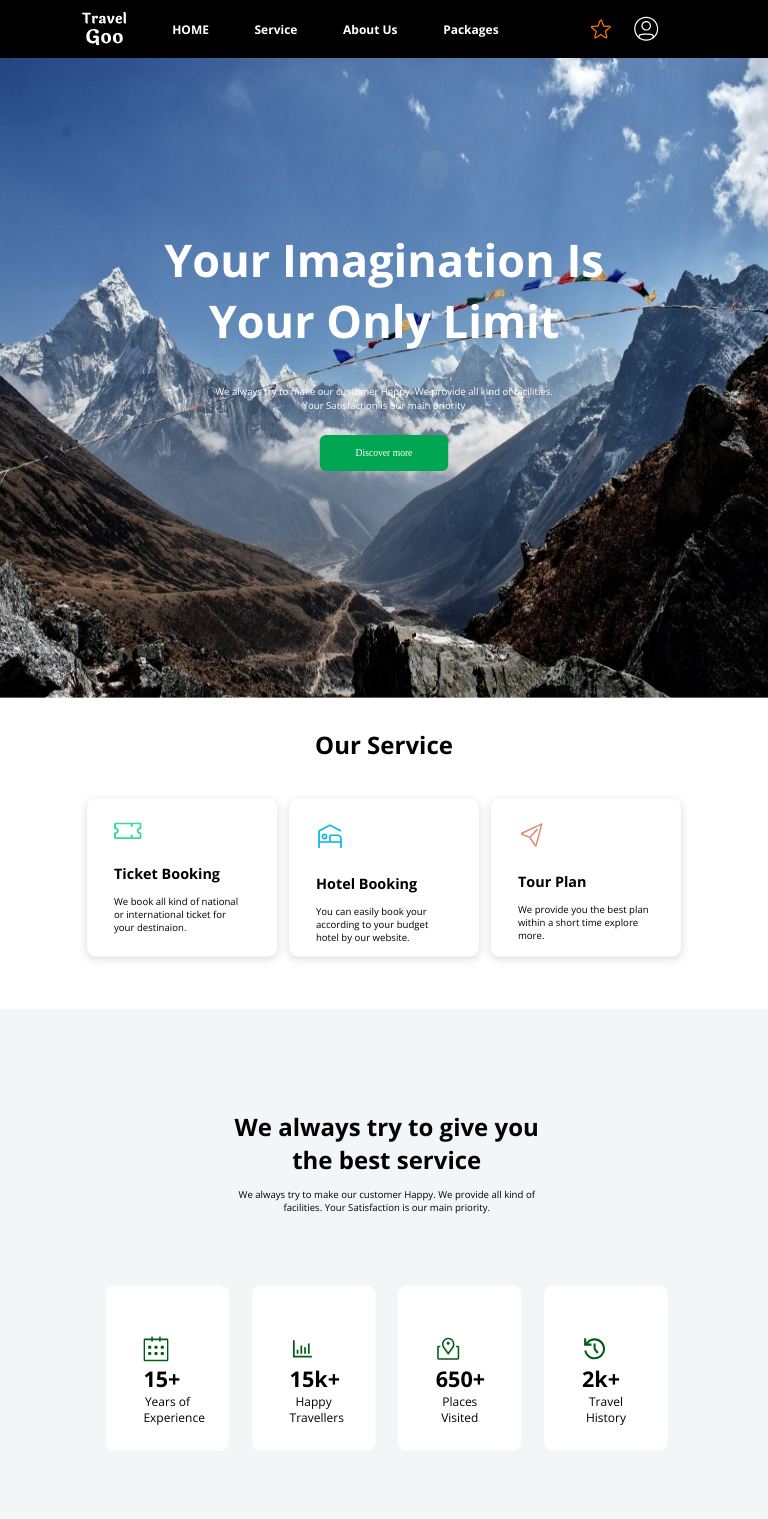
Repository: kubrazamanova/Background-Image
Page: index.html
An editor plug-in stored every save of this project. The page is shown before and after the next save, followed by the edit.
The browser window is 1280 px wide. The pictures show the whole page, at 60% of full size.

Above is the page before, as saved 2023-10-17 19:06:02.

### index.html
<!DOCTYPE html>
<html lang="en">
  <head>
    <meta charset="UTF-8" />
    <meta name="viewport" content="width=device-width, initial-scale=1.0" />
    <link rel="stylesheet" href="index.css" />
    <title>Document</title>
  </head>
  <body>
    <div class="container">
      <div class="home-page">
        <nav>
          <img src="./image/Travel Goo.svg" alt="" />
          <ul>
            <li>
              <a href="#">HOME</a>
            </li>
            <li>
              <a href="#service-page">Service</a>
            </li>
            <li>
              <a href="#">About Us</a>
            </li>

            <li>
              <a href="#">Packages</a>
            </li>
          </ul>
          <div class="photo1">
            <img src="./image/star.svg" alt="" />
            <img src="./image/user.svg" alt="" />
          </div>
        </nav>

        <main>
          <h1>Your Imagination Is Your Only Limit</h1>
          <p>
            We always try to make our customer Happy. We provide all kind of
            facilities. Your Satisfaction is our main priority
          </p>
          <a href="#">Discover more</a>
        </main>
      </div>
      <div id="service-page">
        <div class="our-service-page">
          <h1>Our Service</h1>

          <ul>
            <li>
              <svg
                xmlns="http://www.w3.org/2000/svg"
                width="46"
                height="28"
                viewBox="0 0 46 28"
                fill="none"
              >
                <path
                  d="M44.3571 10.9036C44.7929 10.9036 45.2107 10.76 45.5188 10.5044C45.8269 10.2488 46 9.90215 46 9.54067V2.72591C46 2.00295 45.6538 1.30961 45.0376 0.7984C44.4214 0.287193 43.5857 0 42.7143 0H3.28571C2.41429 0 1.57855 0.287193 0.962363 0.7984C0.346172 1.30961 0 2.00295 0 2.72591V9.54067C0 9.90215 0.173086 10.2488 0.481182 10.5044C0.789277 10.76 1.20714 10.9036 1.64286 10.9036C2.51428 10.9036 3.35002 11.1908 3.96621 11.702C4.5824 12.2132 4.92857 12.9066 4.92857 13.6295C4.92857 14.3525 4.5824 15.0458 3.96621 15.557C3.35002 16.0682 2.51428 16.3554 1.64286 16.3554C1.20714 16.3554 0.789277 16.499 0.481182 16.7546C0.173086 17.0102 0 17.3569 0 17.7184V24.5332C0 25.2561 0.346172 25.9495 0.962363 26.4607C1.57855 26.9719 2.41429 27.2591 3.28571 27.2591H42.7143C43.5857 27.2591 44.4214 26.9719 45.0376 26.4607C45.6538 25.9495 46 25.2561 46 24.5332V17.7184C46 17.3569 45.8269 17.0102 45.5188 16.7546C45.2107 16.499 44.7929 16.3554 44.3571 16.3554C43.4857 16.3554 42.65 16.0682 42.0338 15.557C41.4176 15.0458 41.0714 14.3525 41.0714 13.6295C41.0714 12.9066 41.4176 12.2132 42.0338 11.702C42.65 11.1908 43.4857 10.9036 44.3571 10.9036ZM42.7143 18.9042V24.5332H31.2143V20.4443H27.9286V24.5332H3.28571V18.9042C4.69199 18.5992 5.93673 17.9161 6.82512 16.9617C7.71351 16.0073 8.19542 14.8354 8.19542 13.6295C8.19542 12.4237 7.71351 11.2518 6.82512 10.2974C5.93673 9.34297 4.69199 8.65984 3.28571 8.3549V2.72591H27.9286V6.81477H31.2143V2.72591H42.7143V8.3549C41.308 8.65984 40.0633 9.34297 39.1749 10.2974C38.2865 11.2518 37.8046 12.4237 37.8046 13.6295C37.8046 14.8354 38.2865 16.0073 39.1749 16.9617C40.0633 17.9161 41.308 18.5992 42.7143 18.9042Z"
                  fill="#32DF8F"
                />
              </svg>
              <b>Ticket Booking</b>
              <p>
                We book all kind of national or international ticket for your
                destinaion.
              </p>
            </li>

            <li>
              <svg
                xmlns="http://www.w3.org/2000/svg"
                width="45"
                height="45"
                viewBox="0 0 45 45"
                fill="none"
              >
                <path
                  d="M13.3594 21.0938C13.7766 21.0938 14.1844 21.2175 14.5313 21.4492C14.8782 21.681 15.1485 22.0105 15.3082 22.3959C15.4678 22.7813 15.5096 23.2055 15.4282 23.6146C15.3468 24.0238 15.1459 24.3997 14.8509 24.6947C14.5559 24.9897 14.1801 25.1906 13.7709 25.272C13.3617 25.3534 12.9376 25.3116 12.5522 25.1519C12.1667 24.9923 11.8373 24.7219 11.6055 24.375C11.3737 24.0281 11.25 23.6203 11.25 23.2031C11.25 22.6437 11.4722 22.1072 11.8678 21.7116C12.2634 21.316 12.7999 21.0938 13.3594 21.0938ZM13.3594 18.2812C12.3859 18.2813 11.4343 18.5699 10.6249 19.1107C9.81553 19.6516 9.18468 20.4203 8.81216 21.3196C8.43963 22.219 8.34216 23.2086 8.53207 24.1633C8.72199 25.1181 9.19075 25.9951 9.87909 26.6834C10.5674 27.3718 11.4444 27.8405 12.3992 28.0304C13.3539 28.2203 14.3435 28.1229 15.2429 27.7503C16.1423 27.3778 16.9109 26.747 17.4518 25.9376C17.9926 25.1282 18.2813 24.1766 18.2813 23.2031C18.2813 21.8978 17.7627 20.6459 16.8397 19.7228C15.9166 18.7998 14.6647 18.2812 13.3594 18.2812Z"
                  fill="#00B8E0"
                />
                <path
                  d="M35.1562 19.6875H23.9062C23.1603 19.6875 22.445 19.9838 21.9175 20.5112C21.3901 21.0387 21.0938 21.7541 21.0938 22.5V30.9375H5.625V14.9062L22.5 5.82185L40.1203 15.3L41.4422 12.825L23.1609 2.98122C22.9575 2.87289 22.7305 2.81622 22.5 2.81622C22.2695 2.81622 22.0425 2.87289 21.8391 2.98122L3.55781 12.825C3.33326 12.9445 3.14536 13.1228 3.01411 13.3407C2.88285 13.5586 2.81318 13.8081 2.8125 14.0625V42.1875H5.625V33.75H39.375V42.1875H42.1875V26.7187C42.1875 24.8539 41.4467 23.0655 40.1281 21.7469C38.8095 20.4283 37.0211 19.6875 35.1562 19.6875ZM23.9062 30.9375V22.5H35.1562C36.2751 22.5 37.3482 22.9444 38.1394 23.7356C38.9305 24.5268 39.375 25.5998 39.375 26.7187V30.9375H23.9062Z"
                  fill="#00B8E0"
                />
              </svg>
              <b>Hotel Booking</b>
              <p>
                You can easily book your according to your budget hotel by our
                website.
              </p>
            </li>

            <li>
              <svg
                xmlns="http://www.w3.org/2000/svg"
                width="41"
                height="41"
                viewBox="0 0 41 41"
                fill="none"
              >
                <path
                  d="M37.9926 1.59009C37.7551 1.39292 37.4665 1.26731 37.1604 1.22788C36.8543 1.18845 36.5432 1.23683 36.2635 1.36739L2.7016 17.1207V20.1689L16.7983 25.8076L25.8404 39.7187H28.8893L38.5227 3.25115C38.6008 2.9525 38.5925 2.6378 38.4986 2.34372C38.4047 2.04964 38.2293 1.78828 37.9926 1.59009ZM27.0069 36.8113L19.2348 24.8538L31.1947 11.7545L29.3024 10.0267L17.2488 23.2282L5.62605 18.5791L35.5307 4.54201L27.0069 36.8113Z"
                  fill="#E48B78"
                />
              </svg>
              <b>Tour Plan</b>
              <p>
                We provide you the best plan within a short time explore more.
              </p>
            </li>
          </ul>
        </div>
        <div class="best-service">
          <h1>We always try to give you the best service</h1>
          <p class="p-1">
            We always try to make our customer Happy. We provide all kind of
            facilities. Your Satisfaction is our main priority.
          </p>

          <ul>
            <li>
              <svg
                xmlns="http://www.w3.org/2000/svg"
                width="42"
                height="42"
                viewBox="0 0 42 42"
                fill="none"
              >
                <g clip-path="url(#clip0_10_30)">
                  <path
                    d="M39.375 3.93291L28.8658 3.93295V1.31714C28.8658 0.591982 28.2785 0.00463867 27.5533 0.00463867C26.8282 0.00463867 26.2408 0.591982 26.2408 1.31714V3.93229H15.7408V1.31714C15.7408 0.591982 15.1535 0.00463867 14.4283 0.00463867C13.7032 0.00463867 13.1158 0.591982 13.1158 1.31714V3.93229H2.625C1.17534 3.93229 0 5.10764 0 6.55729V39.3698C0 40.8194 1.17534 41.9948 2.625 41.9948H39.375C40.8247 41.9948 42 40.8194 42 39.3698V6.55729C42 5.10825 40.8247 3.93291 39.375 3.93291ZM39.375 39.3698H2.625V6.55729H13.1158V7.87964C13.1158 8.60475 13.7032 9.19214 14.4283 9.19214C15.1535 9.19214 15.7408 8.60475 15.7408 7.87964V6.55795H26.2408V7.88029C26.2408 8.60545 26.8282 9.19279 27.5533 9.19279C28.2785 9.19279 28.8658 8.60545 28.8658 7.88029V6.55795H39.375V39.3698ZM30.1875 20.9954H32.8125C33.537 20.9954 34.125 20.4074 34.125 19.6829V17.0579C34.125 16.3334 33.537 15.7454 32.8125 15.7454H30.1875C29.463 15.7454 28.875 16.3334 28.875 17.0579V19.6829C28.875 20.4074 29.463 20.9954 30.1875 20.9954ZM30.1875 31.4948H32.8125C33.537 31.4948 34.125 30.9074 34.125 30.1823V27.5573C34.125 26.8328 33.537 26.2448 32.8125 26.2448H30.1875C29.463 26.2448 28.875 26.8328 28.875 27.5573V30.1823C28.875 30.9081 29.463 31.4948 30.1875 31.4948ZM22.3125 26.2448H19.6875C18.963 26.2448 18.375 26.8328 18.375 27.5573V30.1823C18.375 30.9074 18.963 31.4948 19.6875 31.4948H22.3125C23.037 31.4948 23.625 30.9074 23.625 30.1823V27.5573C23.625 26.8334 23.037 26.2448 22.3125 26.2448ZM22.3125 15.7454H19.6875C18.963 15.7454 18.375 16.3334 18.375 17.0579V19.6829C18.375 20.4074 18.963 20.9954 19.6875 20.9954H22.3125C23.037 20.9954 23.625 20.4074 23.625 19.6829V17.0579C23.625 16.3328 23.037 15.7454 22.3125 15.7454ZM11.8125 15.7454H9.1875C8.463 15.7454 7.875 16.3334 7.875 17.0579V19.6829C7.875 20.4074 8.463 20.9954 9.1875 20.9954H11.8125C12.537 20.9954 13.125 20.4074 13.125 19.6829V17.0579C13.125 16.3328 12.537 15.7454 11.8125 15.7454ZM11.8125 26.2448H9.1875C8.463 26.2448 7.875 26.8328 7.875 27.5573V30.1823C7.875 30.9074 8.463 31.4948 9.1875 31.4948H11.8125C12.537 31.4948 13.125 30.9074 13.125 30.1823V27.5573C13.125 26.8334 12.537 26.2448 11.8125 26.2448Z"
                    fill="#005F15"
                  />
                </g>
                <defs>
                  <clipPath id="clip0_10_30">
                    <rect width="42" height="42" fill="white" />
                  </clipPath>
                </defs>
              </svg>
              <b>15+</b>
              <p>Years of Experience</p>
            </li>

            <li>
              <svg
                xmlns="http://www.w3.org/2000/svg"
                width="43"
                height="43"
                viewBox="0 0 43 43"
                fill="none"
              >
                <path
                  d="M37.2891 33.2578H8.39844V7.05469C8.39844 6.86992 8.24727 6.71875 8.0625 6.71875H5.71094C5.52617 6.71875 5.375 6.86992 5.375 7.05469V35.9453C5.375 36.1301 5.52617 36.2812 5.71094 36.2812H37.2891C37.4738 36.2812 37.625 36.1301 37.625 35.9453V33.5938C37.625 33.409 37.4738 33.2578 37.2891 33.2578ZM12.0938 29.8984H14.4453C14.6301 29.8984 14.7812 29.7473 14.7812 29.5625V23.5156C14.7812 23.3309 14.6301 23.1797 14.4453 23.1797H12.0938C11.909 23.1797 11.7578 23.3309 11.7578 23.5156V29.5625C11.7578 29.7473 11.909 29.8984 12.0938 29.8984ZM18.4766 29.8984H20.8281C21.0129 29.8984 21.1641 29.7473 21.1641 29.5625V16.125C21.1641 15.9402 21.0129 15.7891 20.8281 15.7891H18.4766C18.2918 15.7891 18.1406 15.9402 18.1406 16.125V29.5625C18.1406 29.7473 18.2918 29.8984 18.4766 29.8984ZM24.8594 29.8984H27.2109C27.3957 29.8984 27.5469 29.7473 27.5469 29.5625V19.4004C27.5469 19.2156 27.3957 19.0645 27.2109 19.0645H24.8594C24.6746 19.0645 24.5234 19.2156 24.5234 19.4004V29.5625C24.5234 29.7473 24.6746 29.8984 24.8594 29.8984ZM31.2422 29.8984H33.5938C33.7785 29.8984 33.9297 29.7473 33.9297 29.5625V12.7656C33.9297 12.5809 33.7785 12.4297 33.5938 12.4297H31.2422C31.0574 12.4297 30.9062 12.5809 30.9062 12.7656V29.5625C30.9062 29.7473 31.0574 29.8984 31.2422 29.8984Z"
                  fill="#005F15"
                />
              </svg>
              <b>15k+</b>
              <p>Happy Travellers</p>
            </li>

            <li>
              <svg
                xmlns="http://www.w3.org/2000/svg"
                width="43"
                height="43"
                viewBox="0 0 43 43"
                fill="none"
              >
                <path
                  d="M21.5 32.25L13.3166 20.6938C11.9771 19.1122 11.1145 17.1827 10.8292 15.1299C10.5439 13.0771 10.8478 10.9855 11.7053 9.09874C12.5628 7.21193 13.9387 5.60758 15.6728 4.47252C17.4068 3.33747 19.4277 2.71843 21.5 2.6875C24.3726 2.71589 27.1168 3.88155 29.1317 5.92918C31.1466 7.97681 32.2679 10.7395 32.25 13.6122C32.2511 16.1182 31.3979 18.5497 29.8312 20.5056L21.5 32.25ZM21.5 5.375C19.339 5.39982 17.2763 6.28119 15.7646 7.8256C14.253 9.37001 13.416 11.4512 13.4375 13.6122C13.4465 15.5846 14.1561 17.4896 15.4397 18.9872L21.5 27.5738L27.7216 18.8125C28.9042 17.3363 29.553 15.5036 29.5625 13.6122C29.584 11.4512 28.747 9.37001 27.2354 7.8256C25.7237 6.28119 23.6609 5.39982 21.5 5.375Z"
                  fill="#005F15"
                />
                <path
                  d="M21.5 14.7812C22.9843 14.7812 24.1875 13.578 24.1875 12.0938C24.1875 10.6095 22.9843 9.40625 21.5 9.40625C20.0157 9.40625 18.8125 10.6095 18.8125 12.0938C18.8125 13.578 20.0157 14.7812 21.5 14.7812Z"
                  fill="#005F15"
                />
                <path
                  d="M37.625 16.125H34.9375V18.8125H37.625V37.625H5.375V18.8125H8.0625V16.125H5.375C4.66223 16.125 3.97865 16.4081 3.47465 16.9122C2.97065 17.4162 2.6875 18.0997 2.6875 18.8125V37.625C2.6875 38.3378 2.97065 39.0213 3.47465 39.5253C3.97865 40.0294 4.66223 40.3125 5.375 40.3125H37.625C38.3378 40.3125 39.0213 40.0294 39.5253 39.5253C40.0294 39.0213 40.3125 38.3378 40.3125 37.625V18.8125C40.3125 18.0997 40.0294 17.4162 39.5253 16.9122C39.0213 16.4081 38.3378 16.125 37.625 16.125Z"
                  fill="#005F15"
                />
              </svg>
              <b>650+</b>
              <p>Places Visited</p>
            </li>

            <li>
              <svg
                xmlns="http://www.w3.org/2000/svg"
                width="35"
                height="35"
                viewBox="0 0 35 35"
                fill="none"
              >
                <path
                  d="M3.09169 19.7254C4.17377 26.6977 10.2404 32.0775 17.5015 32.0775C25.5209 32.0775 32.0819 25.5164 32.0819 17.497C32.0819 9.47767 25.5223 2.91663 17.5029 2.91663C12.6934 2.91663 8.46127 5.25142 5.83335 8.74996V2.91808L2.92106 2.91663L2.91669 13.125H13.125V10.2083L8.45981 10.2068C10.5 7.58475 13.8571 5.83329 17.5029 5.83329C23.9167 5.83329 29.1667 11.0833 29.1667 17.497C29.1667 23.9108 23.9167 29.1622 17.5015 29.1622C11.8461 29.1622 7.10065 25.0877 6.05502 19.7254H3.09169Z"
                  fill="#005F15"
                />
                <path
                  d="M16.0446 10.2069V17.939L20.7127 24.2054L23.046 22.4598L18.9612 17.0625V10.2069H16.0446Z"
                  fill="#005F15"
                />
              </svg>
              <b>2k+</b>
              <p>Travel History</p>
            </li>
          </ul>
        </div>
      </div>
    </div>
  </body>
</html>

### index.css
@import url("https://fonts.googleapis.com/css2?family=Open+Sans:wght@400;700&display=swap");
* {
  margin: 0;
  padding: 0;
  box-sizing: border-box;
}

.home-page {
  min-height: 100vh;
  background-image: url("./image/mount-everest-1313x875.jpg");
  background-repeat: no-repeat;
  background-size: 100% 100%;
}

.home-page nav {
  width: 100%;
  padding: 20px 145px 20px 136px;
  background-color: black;
  display: flex;
  justify-content: space-between;
  position: fixed;
}

.home-page ul {
  display: flex;
  align-items: center;
}

.home-page ul li a {
  margin-right: 76px;
  list-style-type: none;
  text-decoration: none;
  color: #fff;
  font-family: Open Sans;
  font-size: 20px;
  font-style: normal;
  font-weight: 600;
  line-height: normal;
}
.home-page .photo1 {
  display: flex;
  align-items: center;
}

.home-page .photo1 img {
  margin-right: 34px;
}

main {
  padding: 381px 475px 378px 475px;
  display: flex;
  flex-direction: column;
  justify-content: center;
  align-items: center;
}

.home-page h1 {
  width: 779px;
  color: #fff;
  text-align: center;
  font-family: Open Sans;
  font-size: 75px;
  font-style: normal;
  font-weight: 800;
  line-height: normal;
}

.home-page p {
  width: 568px;
  margin-top: 57px;
  color: #fff;
  text-align: center;
  font-family: Open Sans;
  font-size: 16px;
  font-style: normal;
  font-weight: 400;
  line-height: normal;
}

.home-page main a {
  display: block;
  margin-top: 39px;
  width: 214px;
  height: 60px;
  border-radius: 10px;
  background: #00a651;
  text-decoration: none;
  color: white;
  display: flex;
  justify-content: center;
  align-items: center;
}

.our-service-page {
  padding: 50px 145px 88px 145px;
  background-color: #fff;
}

.our-service-page h1 {
  color: #000;
  text-align: center;
  font-family: Open Sans;
  font-size: 40px;
  font-style: normal;
  font-weight: 700;
  line-height: normal;
}

.our-service-page ul {
  display: flex;
  justify-content: space-between;
  margin-top: 63px;
}

.our-service-page ul li {
  width: 32%;
  padding: 40px 50px 20px 45px;
  /* margin-right: 95px; */
  list-style-type: none;
  border-radius: 15px;
  background-color: #f9f9f9;
  border-radius: 15px;
  background: #fff;
  box-shadow: 0px 4px 16px 0px rgba(0, 0, 0, 0.15);
}

.our-service-page ul li svg {
  width: 46px;
  margin-bottom: 36px;
}

.our-service-page ul li b {
  /* width: 177px; */
  display: block;
  margin-bottom: 19px;
  color: #000;
  /* text-align: center; */
  font-family: Open Sans;
  font-size: 24px;
  font-style: normal;
  font-weight: 700;
  line-height: normal;
}

.our-service-page ul li p {
  /* width: 319px; */
  color: #000;
  font-family: Open Sans;
  font-size: 16px;
  font-style: normal;
  font-weight: 400;
  line-height: normal;
}

.best-service {
  padding: 169px 167px 113px 176px;
  /* min-height: 100vh; */
  background: rgba(0, 88, 83, 0.05);
  /* display: flex;
  flex-direction: column;
  justify-content: center;
  align-items: center; */
}

.best-service h1 {
  width: 518px;
  margin: auto;
  color: #000;
  text-align: center;
  font-family: Open Sans;
  font-size: 40px;
  font-style: normal;
  font-weight: 700;
  line-height: normal;
}

.best-service .p-1 {
  width: 495px;
  margin: auto;
  margin-top: 19px;
  color: #000;
  text-align: center;
  font-family: Open Sans;
  font-size: 16px;
  font-style: normal;
  font-weight: 400;
  line-height: normal;
}

.best-service ul {
  margin-top: 118px;
  display: flex;
  justify-content: space-between;
}

.best-service ul li {
  width: 22%;
  list-style-type: none;
  padding: 42px 63px;
  /* width: 250px;
  height: 250px; */
  border-radius: 15px;
  background: #fff;
  /* margin-right: 136px; */
  /* display: flex;
  flex-direction: column;
  align-items: center; */
}

.best-service svg {
  margin-top: 43px;
  width: 42px;
  height: 42px;
}

.best-service b {
  margin-top: 19px;
  color: #000;
  font-family: Open Sans;
  font-size: 36px;
  font-style: normal;
  font-weight: 700;
  line-height: normal;
}

.best-service p {
  color: #000;
  text-align: center;
  font-family: Open Sans;
  font-size: 20px;
  font-style: normal;
  font-weight: 400;
  line-height: normal;
}

After the next save:
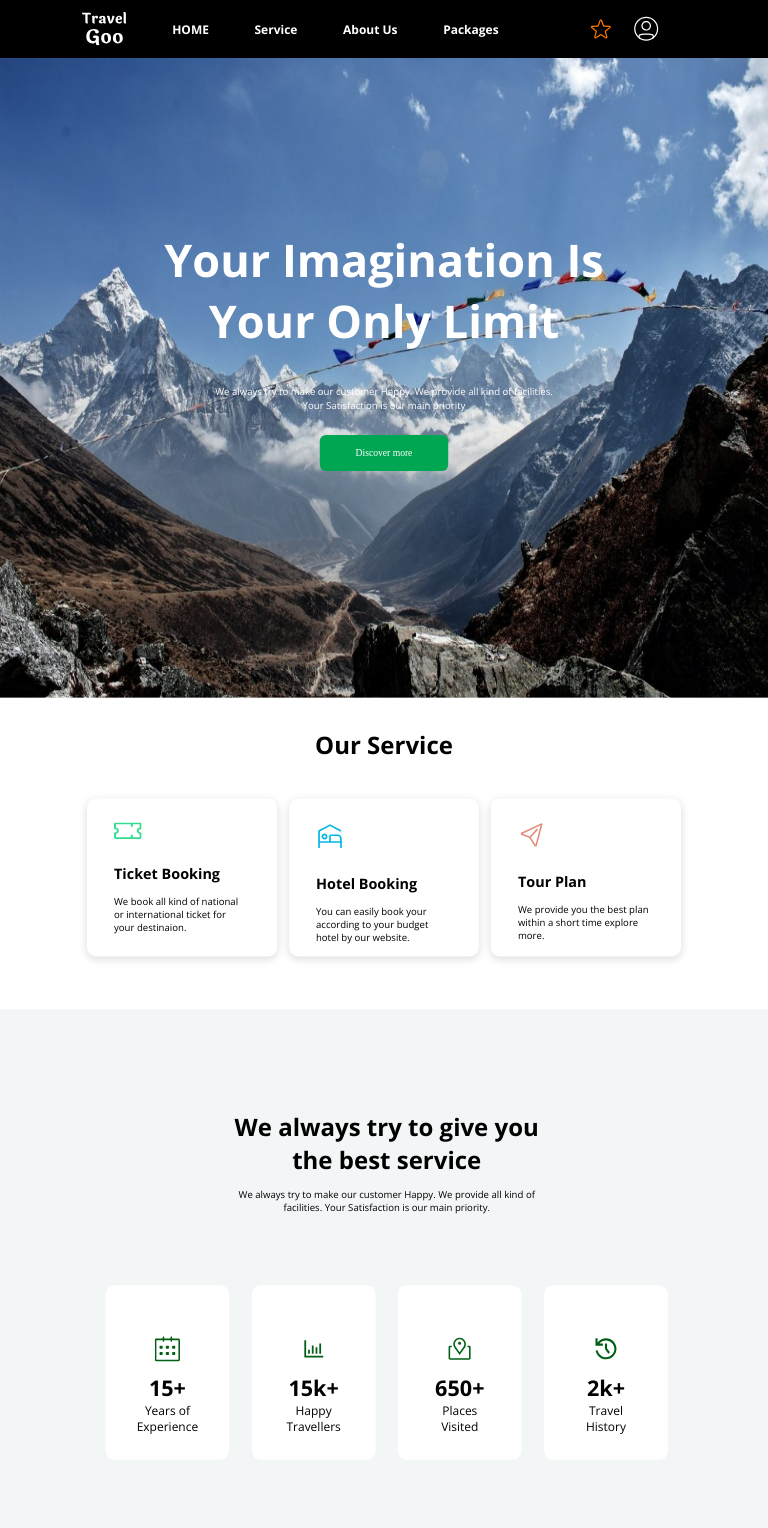
Saved 15 s later.
--- a/index.css
+++ b/index.css
@@ -202,9 +202,9 @@ main {
   border-radius: 15px;
   background: #fff;
   /* margin-right: 136px; */
-  /* display: flex;
+  display: flex;
   flex-direction: column;
-  align-items: center; */
+  align-items: center;
 }
 
 .best-service svg {
